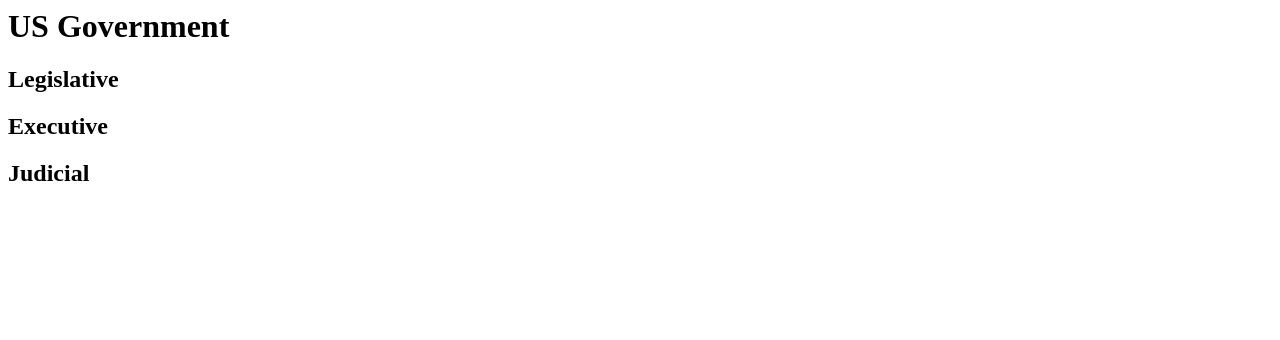
Repository: Peacepapi/1702Java
Page: web/src/main/webapp/index.html
The author's editor kept a copy of each file at every save. The page is drawn from the files as they stood at one save, then again after a run of saves.
The browser window is 1280 px wide. The pictures show the whole page.

Above is the page before, as saved 2017-02-24 14:34:24.

After the next 2 saves:
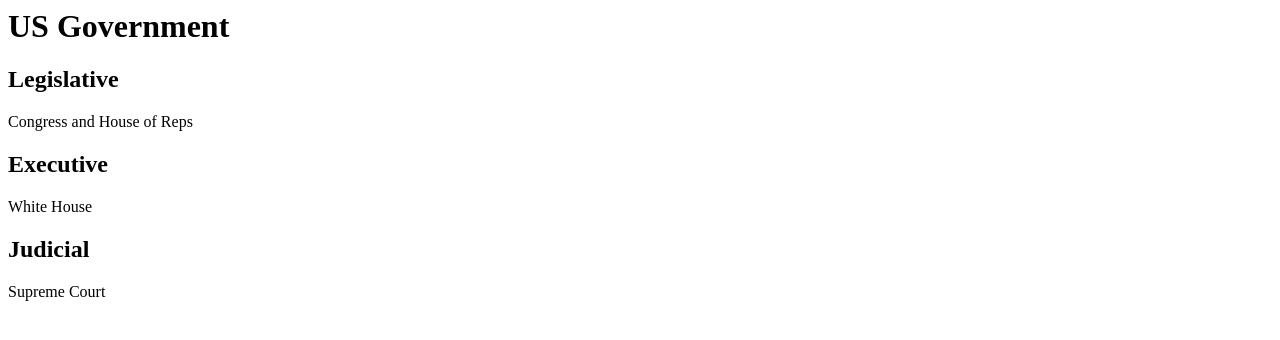
The 2 saves are shown as one change because they came seconds apart.
The last was saved 67 s later.
--- a/web/src/main/webapp/index.html
+++ b/web/src/main/webapp/index.html
@@ -2,7 +2,10 @@
 	<body>
 		<h1>US Government</h1>
 		<h2>Legislative</h2>
+			<p>Congress and House of Reps</p>
 		<h2>Executive</h2>
+			<p>White House</p>
 		<h2>Judicial</h2>
+			<p>Supreme Court</p>
 	</body>
 </html>
